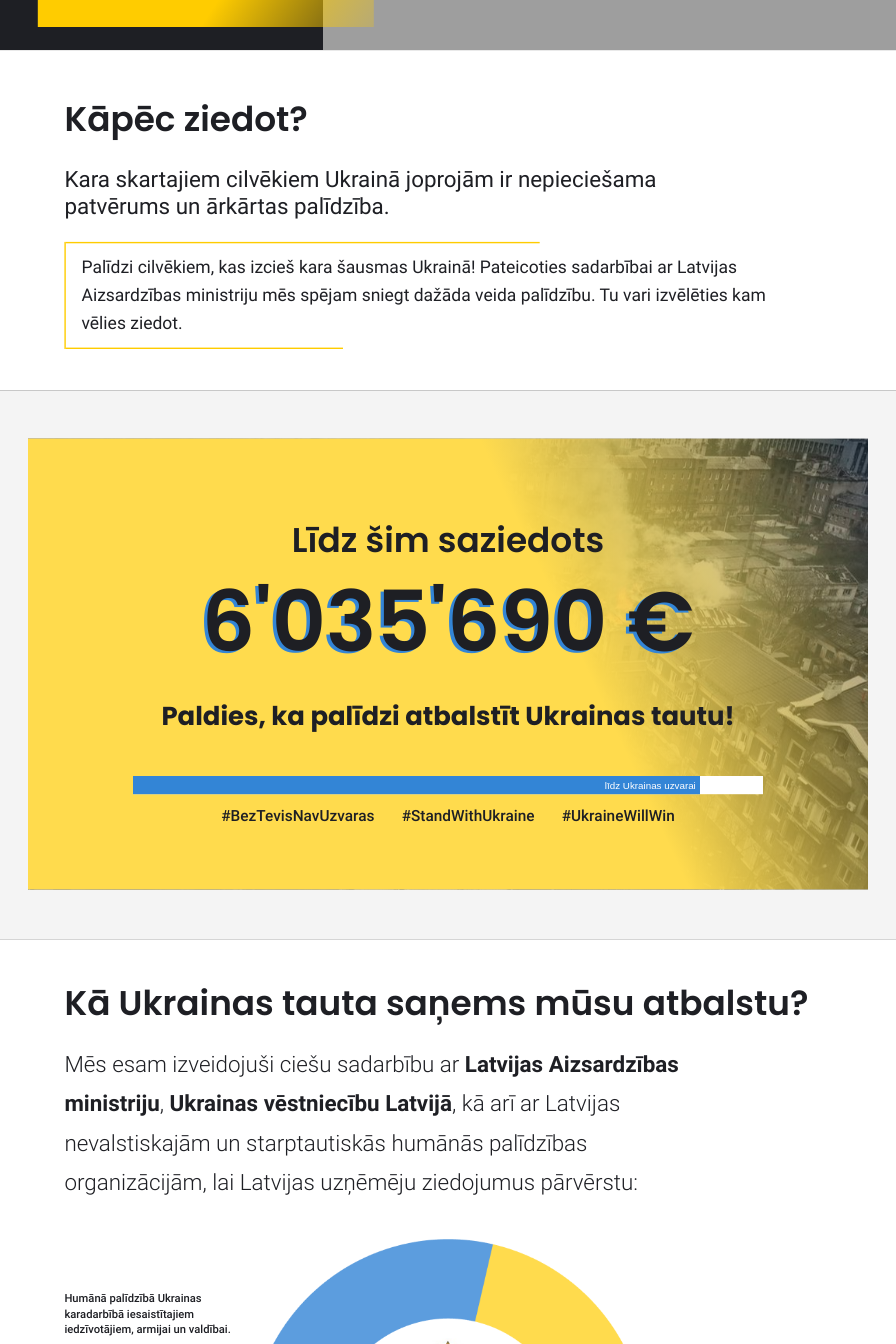
Repository: KatrinaPa/projekts11
Page: sakums.html
The author's editor kept a copy of each file at every save. The page is drawn from the files as they stood at one save, then again after the next save.
The browser window is 1280 px wide. The pictures show the part of the page from y = 542 to 2462 px (the page is 5242 px tall), at 70% of full size.
Pictures or frames that could not be fetched are drawn as grey boxes.

Above is the page before, as saved 2023-07-13 15:16:27.
Console error: TypeError: Cannot read properties of null (reading 'addEventListener')

### sakums.html
<!DOCTYPE html>
<html lang="en">

<head>
    <meta charset="UTF-8">
    <meta http-equiv="X-UA-Compatible" content="IE=edge">
    <meta name="viewport" content="width=device-width, initial-scale=1.0">
    <title>Sakums</title>
    <link rel="preconnect" href="https://fonts.googleapis.com">
    <link rel="preconnect" href="https://fonts.gstatic.com" crossorigin>
    <link href="https://fonts.googleapis.com/css2?family=Poppins:wght@300;400;500;600;700&display=swap"
        rel="stylesheet">
    <link rel="preconnect" href="https://fonts.googleapis.com">
    <link rel="preconnect" href="https://fonts.gstatic.com" crossorigin>
    <link href="https://fonts.googleapis.com/css2?family=Poppins:wght@300;400;500;600&display=swap" rel="stylesheet">
    <link rel="stylesheet" href="./assets/main.css" />
    <link rel="stylesheet" href="https://cdnjs.cloudflare.com/ajax/libs/font-awesome/6.2.0/css/all.min.css" />
    <script src="assets/main.js" defer></script>
</head>

<body>
    <div class="panel">
        <header class="header">
            <div class="header-content">
                <nav class="navbar">
                    <a href="sakums.html" id="project-nav-home"><img src="assets/images/UM_logo.png"
                            alt="uznemejiMieram" id="logo"></a>
                </nav>
            </div>
        </header>
        <main>
            <section id="wrapper" class="section_carousel">
                <div class="carousel">
                    <div class="carousel_container">
                        <ul class="carousel_track">

                            <li class="carousel_slide">
                                <img class="carousel_img-support" src="assets/images/img_36.png"
                                    alt="Palīdzi Ukrainas tautai">
                                <div class="donate">
                                    <div class="h1_p_wrapper">
                                        <h1>Atbalsti <br> Ukrainas tautu <br> cīņā par brīvību!</h1>

                                        <div class="thMeter_raised">
                                            <p>saziedoti</p>
                                            <div class="thMeter-wrapper">
                                                <button id="thMeter-support"></button>
                                                <span class="support-span">6 857 EUR</span>
                                            </div>
                                            <p> no 10 000 EUR</p>
                                        </div>




                                        <div class="btn_ziedot">
                                            <a href="projekts-donateUkr.html" class="" id="ziedot">Ziedot</a>
                                        </div>
                                    </div>
                                </div>
                            </li>

                        </ul>
                    </div>
                </div>
            </section>


            <section id="whyHow" class="section_why-how">
                <div class="section-content-why">
                    <div class="why_donate">
                        <h1>Kāpēc ziedot?</h1>
                        <h4>Kara skartajiem cilvēkiem Ukrainā joprojām ir nepieciešama patvērums un ārkārtas palīdzība.
                        </h4>
                    </div>
                    <div class="why_donate-p">
                        <div id="border-solid_top"></div>
                        <p>Palīdzi cilvēkiem, kas izcieš kara šausmas Ukrainā! Pateicoties sadarbībai ar Latvijas
                            Aizsardzības
                            ministriju mēs spējam sniegt dažāda veida palīdzību. Tu vari izvēlēties kam vēlies ziedot.
                        </p>
                        <div id="border-solid_bottom"></div>
                    </div>
                </div>
            </section>

            <section id="doned" class="section_doned">
                <div class="section-content-doned">
                    <div class="wrapper_doned"><img src="assets/images/img_37.png" alt="thank you for support"
                            id="doned-img">
                        <div class="doned-info">
                            <div class="doned-h">
                                <h1>Līdz šim saziedots</h1>
                                <h5>6'035'690 €</h5>
                                <h3>Paldies, ka palīdzi atbalstīt Ukrainas tautu!</h3>
                            </div>
                            <div class="thMeter-doned">
                                <button id="till-win">līdz Ukrainas uzvarai</button>
                            </div>
                            <div class="doned-p">
                                <p>#BezTevisNavUzvaras</p>
                                <p>#StandWithUkraine</p>
                                <p>#UkraineWillWin</p>
                            </div>
                        </div>
                    </div>
                </div>
            </section>


            <section id="support" class="section_support">
                <div class="section-content">
                    <h1>Kā Ukrainas tauta saņems mūsu atbalstu?</h1>
                    <div class="support_wrapper">
                        <div>
                            <h4>Mēs esam izveidojuši ciešu sadarbību ar <b> Latvijas Aizsardzības ministriju</b>, <b>
                                    Ukrainas
                                    vēstniecību Latvijā</b>, kā arī ar Latvijas nevalstiskajām un starptautiskās humānās
                                palīdzības
                                organizācijām, lai Latvijas uzņēmēju ziedojumus pārvērstu:</h4>
                        </div>
                        <div class="support-what"><img src="assets/images/support_frame.png" alt="support"
                                id="support-from">
                            <div class="human-support">
                                <p>Humānā palīdzībā Ukrainas karadarbībā iesaistītajiem iedzīvotājiem, armijai un
                                    valdībai.
                                </p>
                                <div id="border-dotted-human"></div>
                            </div>
                            <div class="medicin-support">
                                <p>Medikamentos, ārstniecības un higiēnas precēs, piemēram, pārsējos, zālēs, žņaugos,
                                    arī
                                    segās, pārtikā pieaugušajiem un bērniem, degvielā u.c. lietās.</p>
                            </div>
                            <div id="border-dotted-medicin"></div>
                            <div class="transp-support">
                                <p>Mūsu komandas organizētajā kravu sagatavošanā un nosūtīšanā uz Ukrainu</p>
                                <div id="border-dotted-transp"></div>
                            </div>
                            <div class="support_logo">
                                <div></div>
                                <div></div>
                            </div>
                        </div>
                        <div class="support_follow">
                            <div id="border-solid_top"></div>
                            <p>Mēs sekojam līdzi situācijai un pielāgosim sūtījumus, ja mainīsies
                                vajadzības karadarbības zonā un bēgļu dzīvēs</p>
                            <div id="border-solid_bottom"></div>
                        </div>
                    </div>
                </div>
            </section>


            <section id="partners" class="section_partners">
                <div class="section-content-partners">
                    <h1>Ziedotāji</h1>
                    <div class="partneri">
                        <div class="fist-line_logo">
                            <img src="assets/images/Lokalise_logo.png" alt="lokalise" id="lokalise_logo">
                            <img src="assets/images/Madara_logo.png" alt="Madara" id="madara_logo">
                            <img src="assets/images/draugiem_logo.png" alt="draugiem" id="draugiem_logo">
                        </div>
                        <div class="second-line_logo">
                            <img src="assets/images/Tilde_logo.png" alt="Tilde" id="tilde_logo">
                            <img src="assets/images/RTG_logo.png" alt="RTG" id="rtg_logo">
                            <img src="assets/images/gaso_logo.png" alt="GASO" id="gaso_logo">
                        </div>
                        <div class="third-line_logo">
                            <img src="assets/images/Twino_logo.png" alt="Twino" id="twino_logo">
                            <img src="assets/images/DPD_logo.png" alt="dpd" id="dpd_logo">
                        </div>
                    </div>
                    <div class="vairak"><a href="x">
                            <div>
                                <div>vairāk</div>
                            </div>
                            <button class="vairak_btn">
                                <img src="assets/images/arrow_right.png" alt="rigt" id="arrow-right">
                            </button>
                        </a></div>
                </div>
            </section>


            <section id="questions" class="section_questions">
                <div class="section-content">
                    <h1>Biežāk uzdotie jautājumi</h1>
                    <div class="questions-all">
                        <div>
                            <p>Vai es varu ziedot kā privātpersona?</p>
                        </div>
                        <div>
                            <p>Kā vēl es varu noziedot?</p>
                        </div>
                        <div>
                            <p>Vai Fonds Uzņēmēji Mieram ietur komisijas maksu no ziedojuma?</p>
                        </div>
                        <div>
                            <p>Vai manas maksājuma kartes dati ir drošās rokās?</p>
                        </div>
                        <div>
                            <p>Vai gan privātpersona, gan juridiska persona var saņemt nodokļu atlaides?</p>
                        </div>
                        <div>
                            <p>Cik bieži tiek nogādāti ziedojumi?</p>
                        </div>
                        <div>
                            <p>Vai saņemšu atskaiti, kad ziedojums tiks nogādāts?</p>
                        </div>
                    </div>
                </div>
            </section>
            <div class="yellow-bottom"></div>
        </main>

        <footer>
            <div class="about">
                <img src="assets/images/UM_simbols.png" alt="uznemejiMieram">
                <div class="social">
                    <svg xmlns="http://www.w3.org/2000/svg" width="30" height="30" fill="#ffffff" class="bi bi-linkedin"
                        viewBox="0 0 16 16">
                        <path
                            d="M0 1.146C0 .513.526 0 1.175 0h13.65C15.474 0 16 .513 16 1.146v13.708c0 .633-.526 1.146-1.175 1.146H1.175C.526 16 0 15.487 0 14.854V1.146zm4.943 12.248V6.169H2.542v7.225h2.401zm-1.2-8.212c.837 0 1.358-.554 1.358-1.248-.015-.709-.52-1.248-1.342-1.248-.822 0-1.359.54-1.359 1.248 0 .694.521 1.248 1.327 1.248h.016zm4.908 8.212V9.359c0-.216.016-.432.08-.586.173-.431.568-.878 1.232-.878.869 0 1.216.662 1.216 1.634v3.865h2.401V9.25c0-2.22-1.184-3.252-2.764-3.252-1.274 0-1.845.7-2.165 1.193v.025h-.016a5.54 5.54 0 0 1 .016-.025V6.169h-2.4c.03.678 0 7.225 0 7.225h2.4z" />
                    </svg>
                    <svg xmlns="http://www.w3.org/2000/svg" width="30" height="30" fill="#ffffff" class="bi bi-twitter"
                        viewBox="0 0 16 16">
                        <path
                            d="M5.026 15c6.038 0 9.341-5.003 9.341-9.334 0-.14 0-.282-.006-.422A6.685 6.685 0 0 0 16 3.542a6.658 6.658 0 0 1-1.889.518 3.301 3.301 0 0 0 1.447-1.817 6.533 6.533 0 0 1-2.087.793A3.286 3.286 0 0 0 7.875 6.03a9.325 9.325 0 0 1-6.767-3.429 3.289 3.289 0 0 0 1.018 4.382A3.323 3.323 0 0 1 .64 6.575v.045a3.288 3.288 0 0 0 2.632 3.218 3.203 3.203 0 0 1-.865.115 3.23 3.23 0 0 1-.614-.057 3.283 3.283 0 0 0 3.067 2.277A6.588 6.588 0 0 1 .78 13.58a6.32 6.32 0 0 1-.78-.045A9.344 9.344 0 0 0 5.026 15z" />
                    </svg>
                    <svg xmlns="http://www.w3.org/2000/svg" width="30" height="30" fill="#ffffff" class="bi bi-facebook"
                        viewBox="0 0 16 16">
                        <path
                            d="M16 8.049c0-4.446-3.582-8.05-8-8.05C3.58 0-.002 3.603-.002 8.05c0 4.017 2.926 7.347 6.75 7.951v-5.625h-2.03V8.05H6.75V6.275c0-2.017 1.195-3.131 3.022-3.131.876 0 1.791.157 1.791.157v1.98h-1.009c-.993 0-1.303.621-1.303 1.258v1.51h2.218l-.354 2.326H9.25V16c3.824-.604 6.75-3.934 6.75-7.951z" />
                    </svg>
                </div>
                <div class="contacts">
                    <p>laura@uznemejimieram.lv</p>
                    <p>Fonds Entrepreneurs for Peace, reģ.nr. 40008315882 <br> Baltā iela 5, Bukulti, Garkalnes pag.,
                        Ropažu
                        nov., LV-1024, tālrunis saziņai +371 2 222 2222</p>
                </div>
            </div>
            <div class="copy">
                <hr>
                <p>© Visas tiesības aizsargātas. Uzņēmēji Mieram 2023.</p>
            </div>
        </footer>
    </div>

</body>

</html>

Loaded but not shown: assets/main.js (97 lines, source omitted); assets/main.css (1313 lines, source omitted)

After the next save:
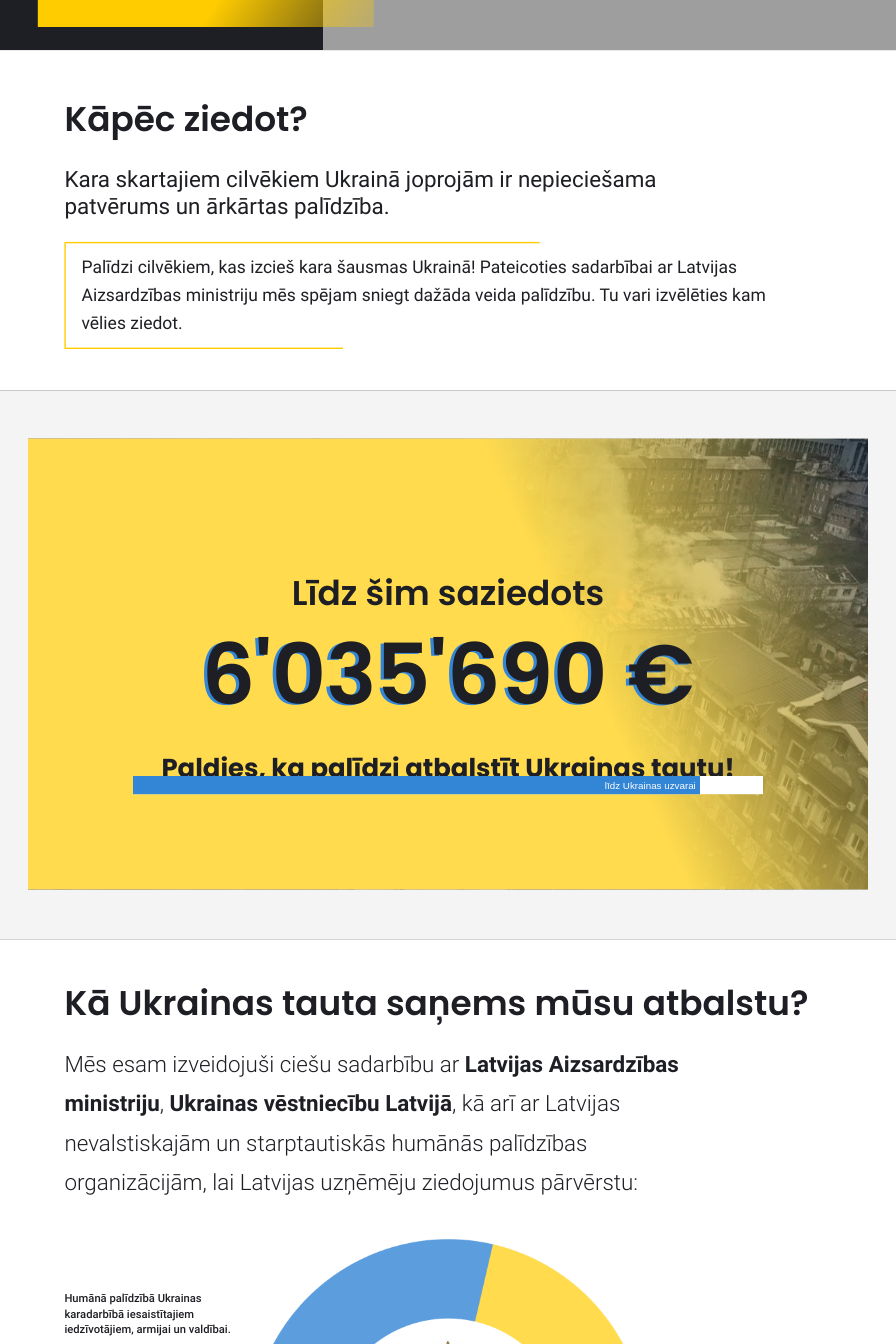
Saved 5 min 14 s later.
--- a/sakums.html
+++ b/sakums.html
@@ -49,10 +49,6 @@
                                             </div>
                                             <p> no 10 000 EUR</p>
                                         </div>
-
-
-
-
                                         <div class="btn_ziedot">
                                             <a href="projekts-donateUkr.html" class="" id="ziedot">Ziedot</a>
                                         </div>
@@ -96,11 +92,6 @@
                             </div>
                             <div class="thMeter-doned">
                                 <button id="till-win">līdz Ukrainas uzvarai</button>
-                            </div>
-                            <div class="doned-p">
-                                <p>#BezTevisNavUzvaras</p>
-                                <p>#StandWithUkraine</p>
-                                <p>#UkraineWillWin</p>
                             </div>
                         </div>
                     </div>
